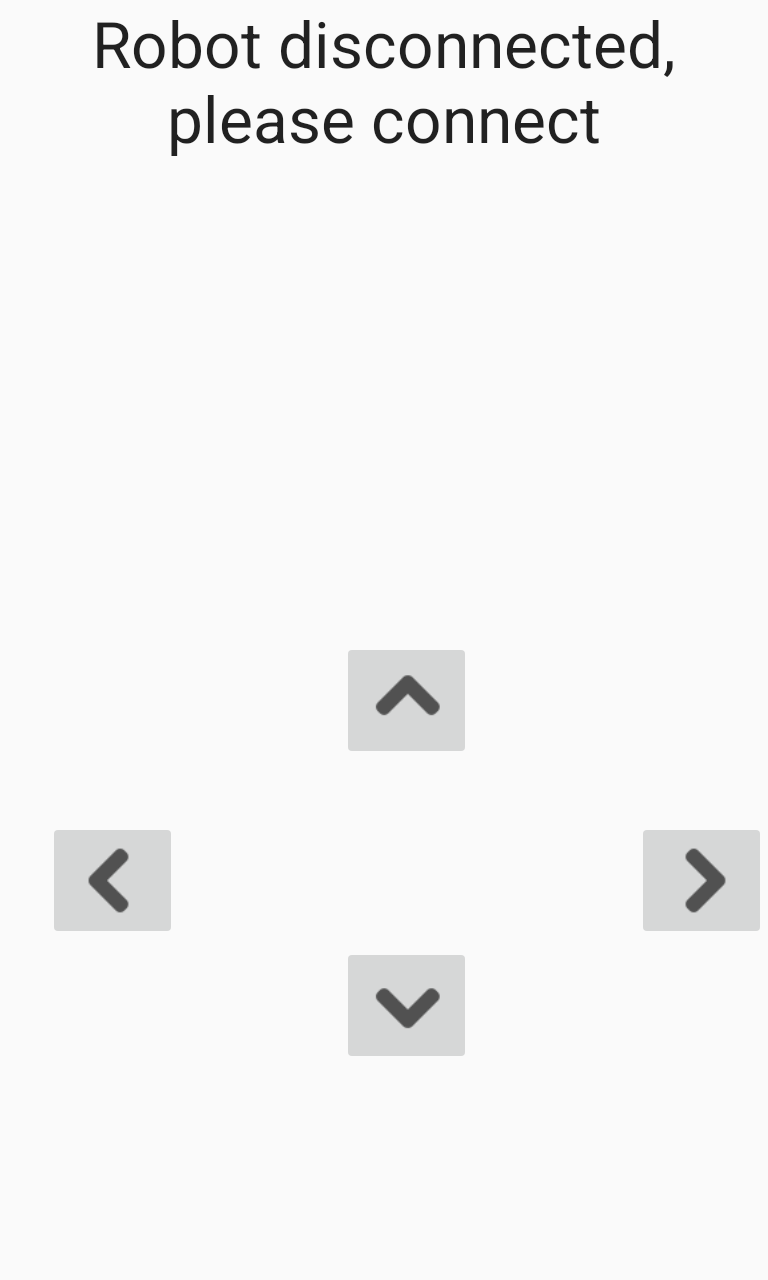
Repository: cjsatuforc/Bobina
Layout: source/android/Bobina/res/layout/main_layout.xml
The author's editor kept a copy of each file at every save. The layout is drawn from the files as they stood at one save, then again after the next save.
It is drawn on a 768 x 1280 px phone screen (xhdpi) without system bars, with theme AppTheme; the app's code is not run.

Above is the layout before, as saved 2015-04-26 00:00:13.

After the next save:
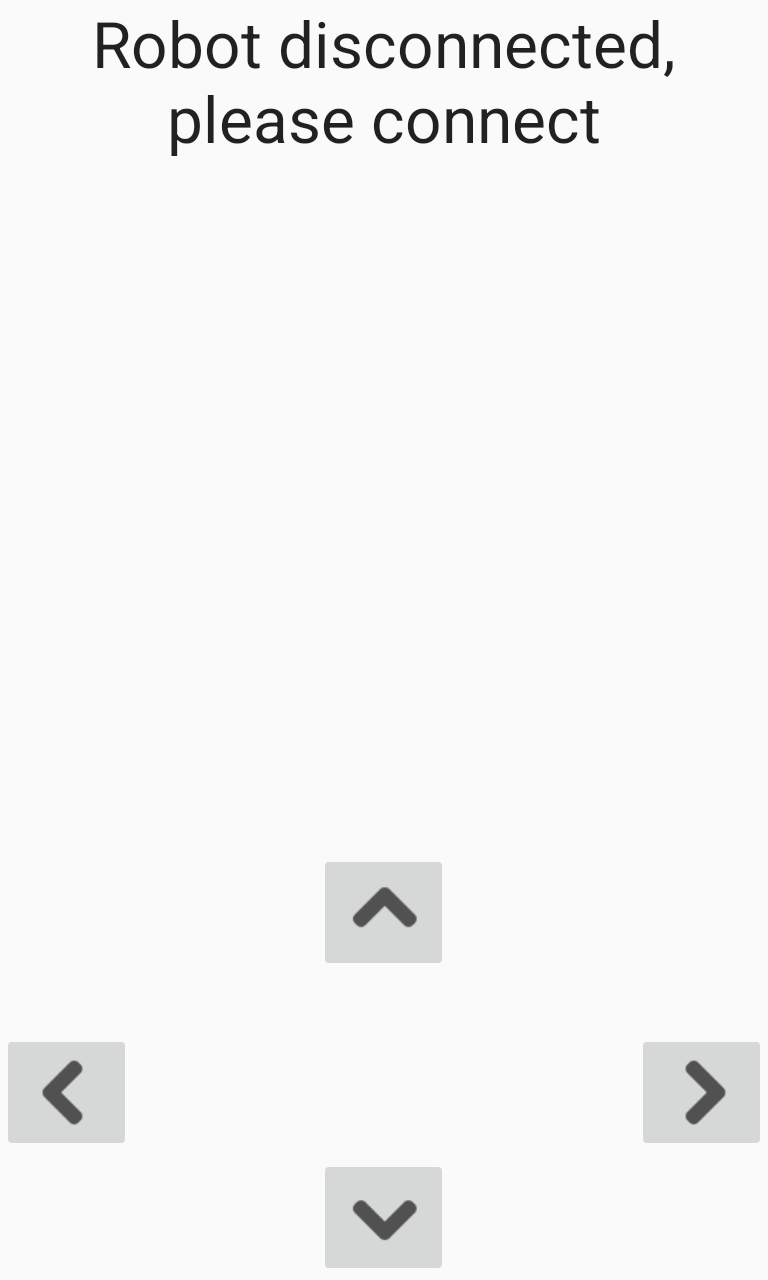
Saved 5 s later.
--- a/source/android/Bobina/res/layout/main_layout.xml
+++ b/source/android/Bobina/res/layout/main_layout.xml
@@ -15,9 +15,7 @@
         android:layout_width="wrap_content"
         android:layout_height="wrap_content"
         android:layout_alignParentBottom="true"
-        android:layout_alignParentLeft="true"
-        android:layout_marginBottom="106dp"
-        android:layout_marginLeft="23dp"
+        android:layout_centerHorizontal="true"
         layout="@layout/control" />
 
 </RelativeLayout>
